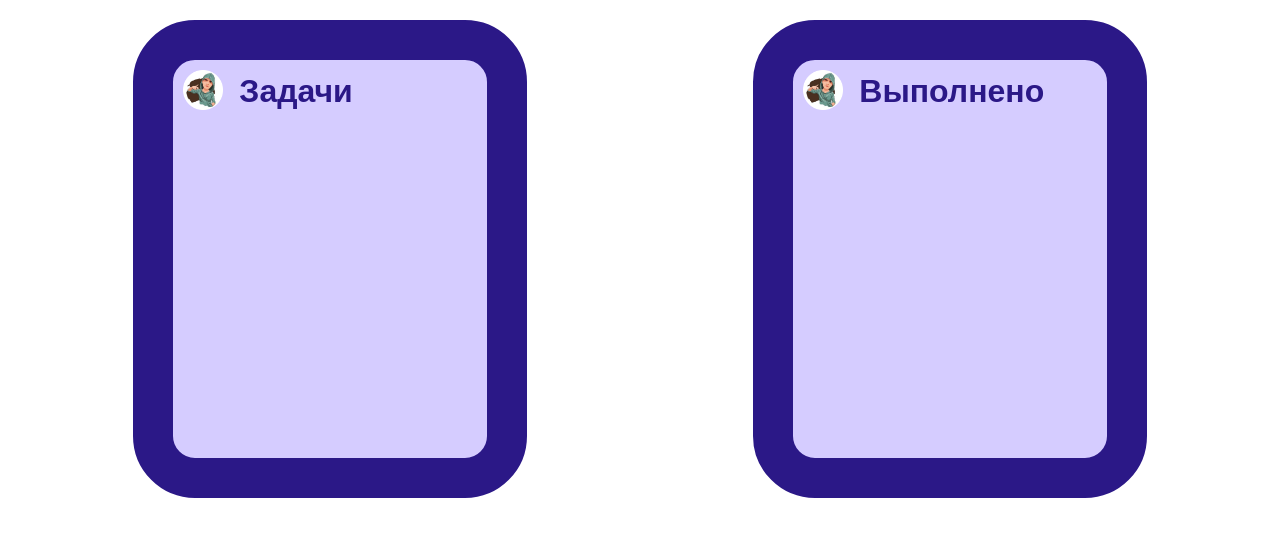
Repository: VitasYo/Kanban
Page: index.html
These files come from the project's save history. The page is drawn as it stood at one moment and after the next save; the edit follows.
The browser window is 1280 px wide. The pictures show the whole page.

Above is the page before, as saved 2024-04-14 22:07:02.

### index.html
<!DOCTYPE html>
<html lang="en">
<head>
  <meta charset="UTF-8">
  <meta name="viewport" content="width=device-width, initial-scale=1.0">
  <link rel="stylesheet" href="./src/assets/css/index.css">
  <title>To-Do-List-Kanban</title>
</head>
<body>
  <main class="kanban">
    <section class="kanban__column kanban__column--to-do">
      <div class="kanban__title_and_icon">
        <img height=40 width=40 src="src/assets/img/Avatar.jpg" alt="Аватар">
        <h2 class="kanban__title">Задачи</h2>
      </div>

    </section>

    <section class="kanban__column kanban__column--done">
      <div class="kanban__title_and_icon">
        <img height=40 width=40 src="src/assets/img/Avatar.jpg" alt="Аватар">
        <h2 class="kanban__title">Выполнено</h2>
      </div>
    </section>
  </main>
  </body>
<script src="./src/assets/js/index.js"></script>
</html>

### src/assets/css/index.css
@import url('https://fonts.googleapis.com/css2?family=DM+Sans:opsz,wght@9..40,100;9..40,200;9..40,300;9..40,400;9..40,500;9..40,600;9..40,700;9..40,800;9..40,900;9..40,1000&display=swap');
@import './component/_header.css';
@import './component/_kanban.css';
@import './_media.css';



* {
  font-family: 'DM Sans', sans-serif;
}

* {
  box-sizing: border-box;
  margin: 0;
  padding: 0;
}

body {
  font-family: 'Arial', sans-serif;
  background-color: white;
  color: white;
  display: flex;
  flex-direction: column;
  min-height: 100vh;
}


.header__title,
.footer__text {
  margin: 0;
  padding: 10px 0;
}

.container {
  width: 100%;
  padding-right: 15px;
  padding-left: 15px;
  margin-right: auto;
  margin-left: auto;
}

### src/assets/css/component/_kanban.css
.kanban {
    display: flex;
    flex-wrap: wrap;
    padding: 20px;
    justify-content: space-around;
    flex-grow: 1;
}

.kanban__column {
    flex: 0 0 100%;
    height: 478px;
    background-color: #D5CCFF;
    border-radius: 62px;
    border: 40px solid #2B1887;
    padding: 10px;

}

.kanban__title {
    color: #2B1887;
    font-size: 32px;
    margin-bottom: 24px;
    padding-left: 16px;
}

.kanban__title_and_icon {
    display: flex;
}

### src/assets/css/_media.css
@media (min-width: 576px) {
    .container {
        max-width: 540px;
    }
}

@media (min-width: 768px) {
    .container {
        max-width: 720px;
    }
}

@media (min-width: 992px) {
    .container {
        max-width: 960px;
    }
}

@media (min-width: 1200px) {
    .container {
        max-width: 1140px;
    }
}

@media (min-width: 1400px) {
    .container {
        max-width: 1320px;
    }
}

@media screen and (min-width: 640px) {
    .kanban__column {
        flex: 0 0 calc(33.333% - 20px);
    }
}

Loaded but not shown: src/assets/js/index.js (no stored copy; drawn as an empty file); src/assets/css/component/_header.css (no stored copy; drawn as an empty file)

After the next save:
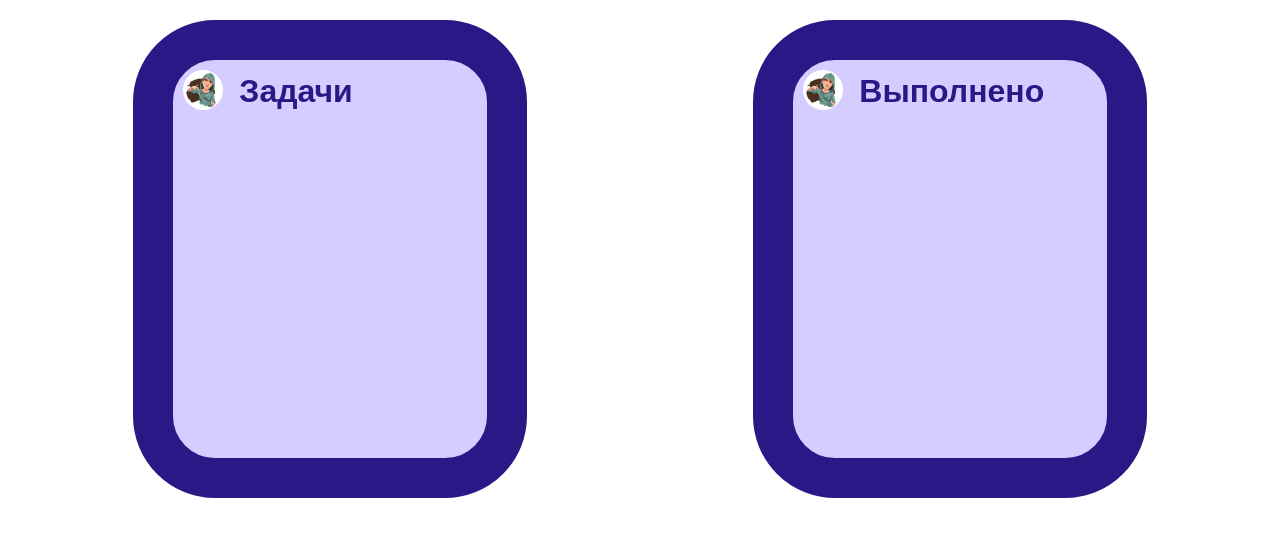
Saved 4 s later.
--- a/src/assets/css/component/_kanban.css
+++ b/src/assets/css/component/_kanban.css
@@ -10,7 +10,7 @@
     flex: 0 0 100%;
     height: 478px;
     background-color: #D5CCFF;
-    border-radius: 62px;
+    border-radius: 82px;
     border: 40px solid #2B1887;
     padding: 10px;
 
